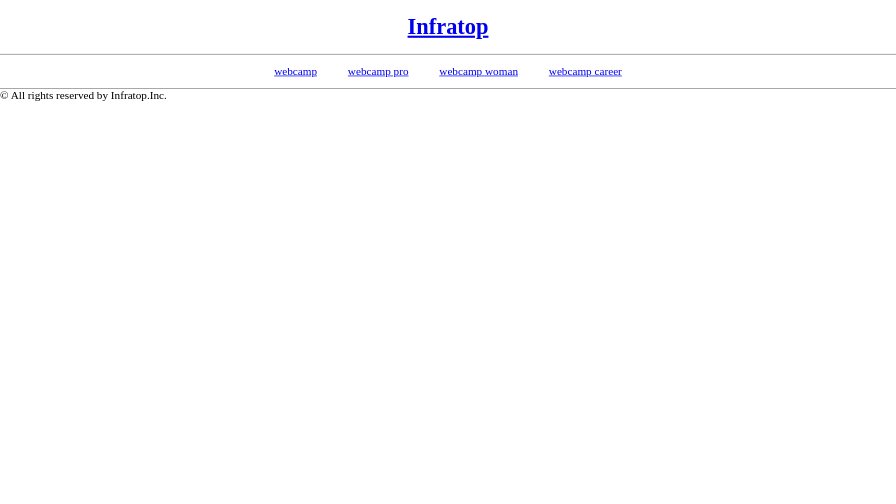
Repository: alamsamiha/html_css
Page: chapter5_exercise/ch5.html
The author's editor kept a record of every edit. The page is drawn from the files as they stood at one moment, then again after the next edit.
The browser window is 1280 px wide. The pictures show the part of the page from y = 0 to 1920 px (the page is 720 px tall before and 2647 px after), at 70% of full size.

Above is the page before.

### chapter5_exercise/ch5.html
<!DOCTYPE>
<html lang="ja">
  <head>
    <meta charset="UTF-8" />
    <!-- CSSファイルの読み込み -->
    <link rel="stylesheet" href="ch5.css" />
    <title>演習問題5</title>
  </head>

  <body>
    <header>
      <h1 class="heading">
        <a href=="https://infratop.jp/">
          Infratop
        </a>
      </h1>
    </header>

    <nav>
      <ul  class="nav-list">
        <li  class="nav-list-item">
          <a href="https://web-camp.io/">webcamp</a>
        </li>
        <li  class="nav-list-item">
          <a href="https://web-camp.io/commit/">webcamp pro</a></a>
        </li>
        <li  class="nav-list-item">
          <a href="https://web-camp.io/">webcamp woman</a>
        </li>
        <li  class="nav-list-item">
          <a href="https://web-camp.io/">webcamp career</a>
        </li>
      </ul>
    </nav>

    <div class="main">
      <div class="box1"></div>
      <div class="box2"></div>
      <div class="box3"></div>
      <div class="box4"></div>
      <div class="box5"></div>
      <div class="box6"></div>
      <div class="box7"></div>
      <div class="box8"></div>
      <div class="box9"></div>
      <div class="box10"></div>
      <div class="box11"></div>
      <div class="box12"></div>
    </div>

    <footer>
      <p class="footer-text">© All rights reserved by Infratop.Inc.</p>
    </footer>

  </body>


</html>

### chapter5_exercise/ch5.css
*{
  margin: 0;
  padding: 0;
  box-sizing: border-box;
}

header {
  width: 100%; /* 横幅90% */
  padding: 20px 0;
  margin: 0 auto;
  text-align: center;
}

header .heading { /* headerタグ内のheadingクラスにのみ反映される */
  font-size: 32px;
}

.nav-list {
  text-align: center;
  padding: 15px 0;
  margin: 0 auto;
  border-bottom: 1px solid #848282;
  border-top: 1px solid #848282;
}

.nav-list-item {
  list-style: none;
  display: inline-block;
  margin: 0 20px;
}

After the next edit:
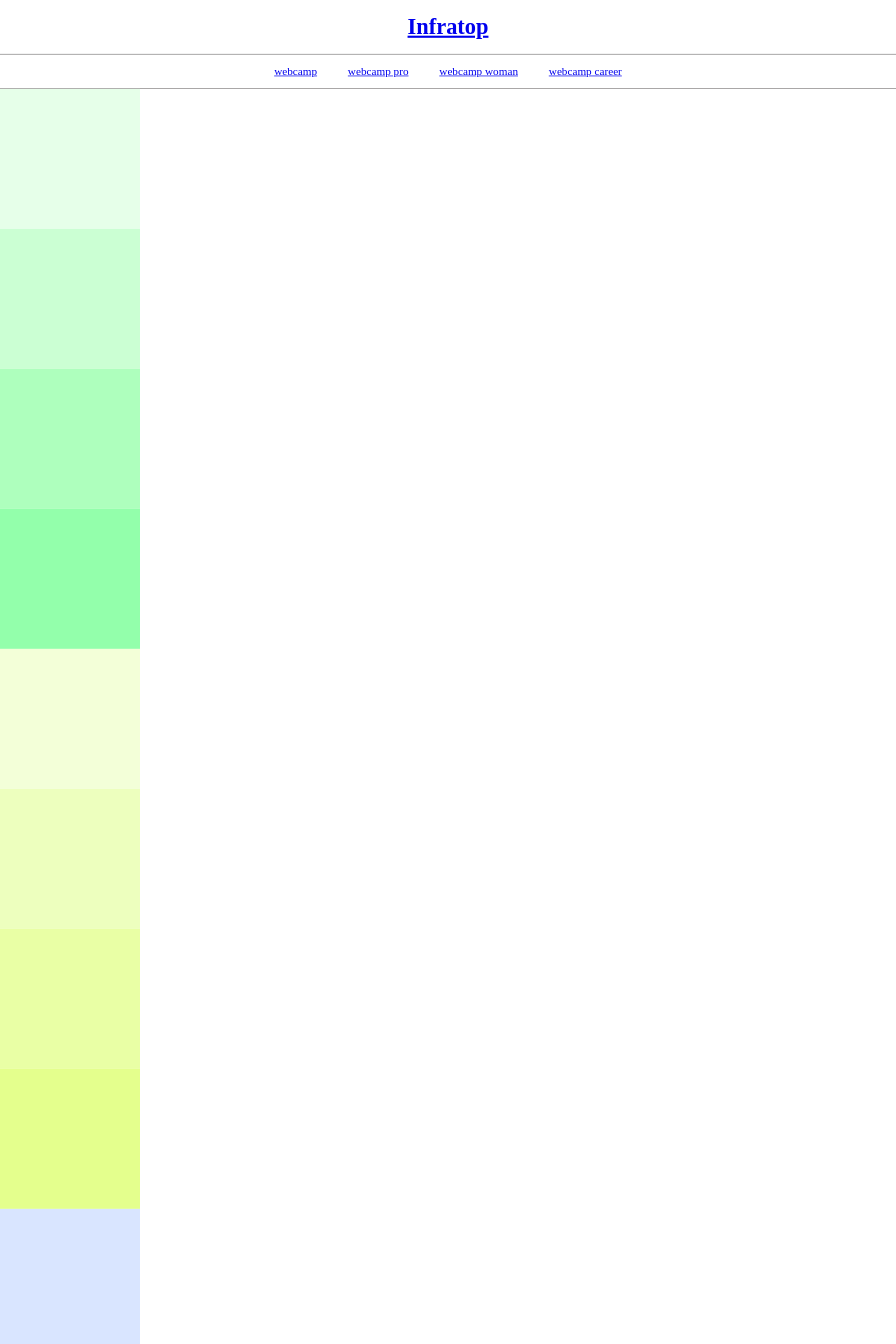
The edit:
--- a/chapter5_exercise/ch5.css
+++ b/chapter5_exercise/ch5.css
@@ -28,3 +28,87 @@
   display: inline-block;
   margin: 0 20px;
 }
+
+.box1 {
+  width: 200px;
+  height: 200px;
+  background-color: #e6ffe9;
+}
+
+.box2 {
+  width: 200px;
+  height: 200px;
+  background-color: #cbffd3;
+}
+
+.box3 {
+  width: 200px;
+  height: 200px;
+  background-color: #aeffbd;
+}
+
+.box4 {
+  width: 200px;
+  height: 200px;
+  background-color: #93ffab;
+}
+
+.box5 {
+  width: 200px;
+  height: 200px;
+  background-color: #f3ffd8;
+}
+
+.box6 {
+  width: 200px;
+  height: 200px;
+  background-color: #edffbe;
+}
+
+.box7 {
+  width: 200px;
+  height: 200px;
+  background-color: #e9ffa5;
+}
+
+.box8 {
+  width: 200px;
+  height: 200px;
+  background-color: #e4ff8d;
+}
+
+.box9 {
+  width: 200px;
+  height: 200px;
+  background-color: #d9e5ff;
+}
+
+.box10 {
+  width: 200px;
+  height: 200px;
+  background-color: #bad3ff;
+}
+
+.box11 {
+  width: 200px;
+  height: 200px;
+  background-color: #a4c6ff;
+}
+
+.box12 {
+  width: 200px;
+  height: 200px;
+  background-color: #8eb8ff;
+}
+
+footer {
+  width: 100%;
+  height: 120px;
+  text-align: center;
+  line-height: 120px;
+  background-color: #848282;
+}
+
+.footer-text {
+  color: #fff;
+}
